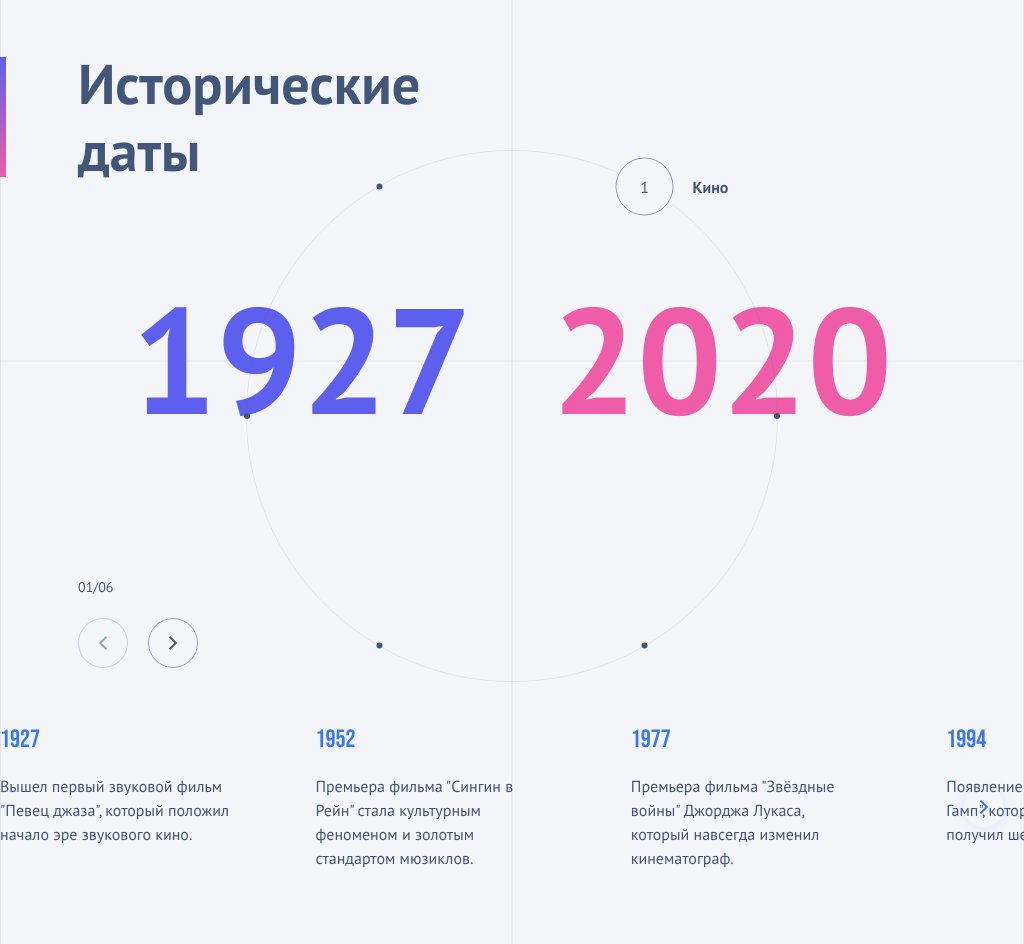
Repository: LenarTulupov/only
Page: /
The author's editor kept a copy of each file at every save. The page is drawn from the files as they stood at one save, then again after the next save.
The browser window is 1024 px wide. The pictures show the whole page.
The project was rebuilt for these pictures with package versions that can differ from the ones it lists, and the page was loaded fresh each time.

Above is the page before, as saved 2024-12-18 15:17:32.

After the next save:
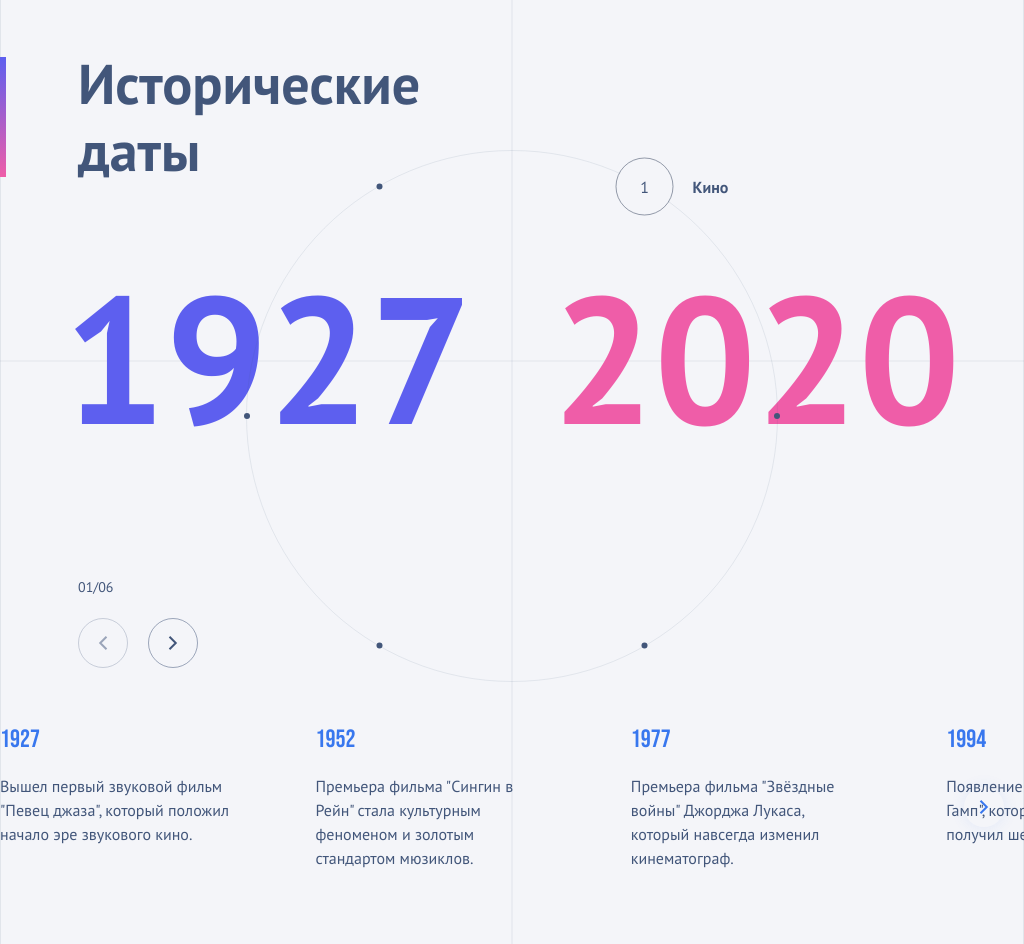
Saved 13 s later.
--- a/src/pages/home/history/history.module.scss
+++ b/src/pages/home/history/history.module.scss
@@ -42,6 +42,6 @@
     margin-top: 100px;
   }
   .dates {
-    font-size: 150px;
+    font-size: 180px;
   }
 }
